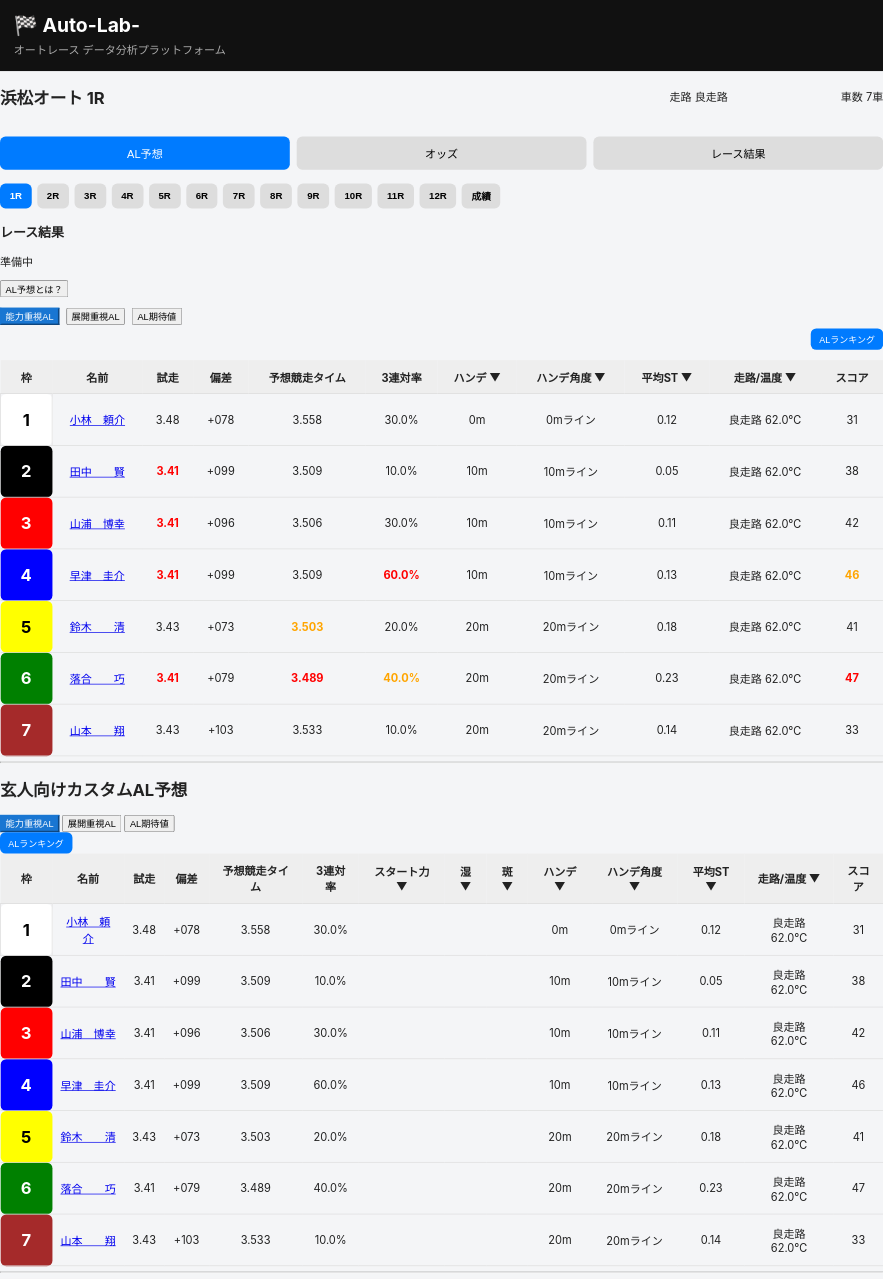
Repository: autorace-lab/Auto-Lab--main
Page: race.html
The author's editor kept a copy of each file at every save. The page is drawn from the files as they stood at one save, then again after the next save.
The browser window is 1280 px wide. The pictures show the whole page, at 69% of full size.

Above is the page before, as saved 2026-08-10 22:00:21.

### race.html
<!DOCTYPE html>
<html lang="ja">

<head>
<meta charset="UTF-8">
<meta name="viewport" content="width=device-width, initial-scale=1.0">

<title>Auto-Lab- | オートレースデータ分析</title>

<link rel="stylesheet" href="style.css">

</head>


<div id="playerModal" class="modal">

<div class="modal-content">

<span class="close" onclick="closePlayer()">×</span>

<h2 id="playerName"></h2>

<p><strong>ランク</strong>　<span id="playerRank"></span></p>

<p><strong>試走平均</strong>　<span id="playerTime"></span></p>

<p><strong>平均ST</strong>　<span id="playerST"></span></p>

<p><strong>試走偏差</strong>　<span id="playerDiff"></span></p>

<p><strong>3連対率</strong>　<span id="playerTripleRate"></span></p>

<p><strong>節間成績</strong></p>

<p id="playerResults"></p>

<p><strong>直近10走</strong></p>

<p id="playerRecent"></p>

<p><strong>車番</strong>　<span id="playerCar"></span>号車</p>

<p><strong>ハンデ</strong>　<span id="playerHandicap"></span></p>

<p><strong>評価</strong>　<span id="playerEvaluation"></span></p>

</div>

</div>


<body>


<header>


<div class="logo">
<a href="index.html">
🏁 Auto-Lab-
</a>
</div>


<div class="subtitle">
オートレース データ分析プラットフォーム
</div>


</header>

<div class="race-info">

<div class="race-header">

<h2 id="raceTitle"></h2>

<p id="raceTitleType"></p>

<p id="raceDay"></p>

<p id="deadline"></p>

<p id="weather"></p>

<p id="track"></p>

<p id="cars"></p>

</div>

<div class="tabs">
  <button class="tab-btn active" onclick="changeTab('al')">AL予想</button>
  <button class="tab-btn" onclick="changeTab('odds')">オッズ</button>
  <button class="tab-btn" onclick="changeTab('result')">レース結果</button>
</div>

<div class="race-tabs">

<button class="race-tab-btn active" onclick="changeRace(1)">1R</button>
<button class="race-tab-btn" onclick="changeRace(2)">2R</button>
<button class="race-tab-btn" onclick="changeRace(3)">3R</button>
<button class="race-tab-btn" onclick="changeRace(4)">4R</button>
<button class="race-tab-btn" onclick="changeRace(5)">5R</button>
<button class="race-tab-btn" onclick="changeRace(6)">6R</button>
<button class="race-tab-btn" onclick="changeRace(7)">7R</button>
<button class="race-tab-btn" onclick="changeRace(8)">8R</button>
<button class="race-tab-btn" onclick="changeRace(9)">9R</button>
<button class="race-tab-btn" onclick="changeRace(10)">10R</button>
<button class="race-tab-btn" onclick="changeRace(11)">11R</button>
<button class="race-tab-btn" onclick="changeRace(12)">12R</button>

<button class="race-tab-btn result-tab-btn" onclick="changeRecent(this)">
成績
</button>

</div>
<div id="race" class="tab-content" style="display:none;">
  <table>
    <thead>
      <tr>
        <th>車</th>
        <th>選手</th>
        <th>ハンデ</th>
        <th>試走</th>
        <th>偏差</th>
        <th>ST</th>
        <th>3連対率</th>
        <th>節間成績</th>
    </thead>
    <tbody id="raceTable"></tbody>
  </table>
</div>
<div id="result" class="tab-content">
  <h3>レース結果</h3>
  <p>準備中</p>
</div>

<div id="recent" class="tab-content" style="display:none;">

<h2>近10走</h2>

<table class="recent-table">

<thead>
<tr>
<th>枠</th>
<th>選手</th>
<th>1走前</th>
<th>2走前</th>
<th>3走前</th>
<th>4走前</th>
<th>5走前</th>
<th>6走前</th>
<th>7走前</th>
<th>8走前</th>
<th>9走前</th>
<th>10走前</th>
</tr>
</thead>

<tbody id="recentTable">

</tbody>

</table>

</div>

<div id="odds" class="tab-content" style="display:none;">
  <h3>オッズ</h3>
  <p>ここにオッズを表示します。</p>
</div>

<div id="al" class="tab-content" style="display:block;">

   <div class="al-tabs">

<button class="al-tab-btn" onclick="toggleAbout(this)">
    AL予想とは？
</button>

</div>



    <!-- AL予想とは -->
    <div id="about" class="al-page" style="display:none;">



<h2>🏁 Auto-Lab予想（AL予想）</h2>

<p>
<strong>
試走タイムを単純評価するのではなく、選手ごとの試走特性を補正した
「予想競走タイム」と、レース条件による「展開ポイント」を組み合わせ、
そのレースにおける選手の期待値を可視化する予想システムです。
</strong>
</p>

<p>
オートレースでは、同じ試走タイムでも選手によって意味が変わります。
試走タイムを出しやすい選手、出にくい選手の特徴を
<strong>試走偏差</strong>によって補正し、
選手本来の状態を評価します。
</p>




<p>
選手自身の能力・現在の状態を重視するAI評価です。
</p>

<p>
<strong>
予想競走タイム 70％ ＋ 展開ポイント 30％
</strong>
</p>

<ul>
<li>試走タイム＋試走偏差による予想競走タイム</li>
<li>平均ST</li>
<li>ハンデ位置補正</li>
<li>走路コンディション</li>
</ul>


<h3>🌊 展開重視AL</h3>

<p>
ハンデ位置や走路条件など、レース展開の有利不利を重視するAI評価です。
</p>

<p>
<strong>
予想競走タイム 30％ ＋ 展開ポイント 70％
</strong>
</p>

<ul>
<li>試走タイム＋試走偏差による予想競走タイム</li>
<li>平均ST</li>
<li>ハンデ位置補正</li>
<li>走路コンディション（良走路・湿走路・走路温度など）</li>
</ul>


<h3>🏆 AL期待値</h3>

<p>
能力重視ALと展開重視ALの両方から、
そのレースで最も期待できる選手を分析します。
</p>

<p>
<strong>
能力 × 展開 ＝ Auto-Lab期待値
</strong>
</p>


</div>

<div class="al-sub-tabs">

<button class="al-tab-btn" onclick="changeALTab('ability', this)">
    能力重視AL
</button>

<button class="al-tab-btn" onclick="changeALTab('development', this)">
    展開重視AL
</button>

<button class="al-tab-btn" onclick="changeALTab('expectationArea', this)">
AL期待値
</button>

</div>


<section class="al-description">

  <div id="ability" class="al-page" style="display:none;">

<div class="al-header">

<div id="handicapAngleArea"></div>

    <button class="rank-btn" id="rankBtn" onclick="toggleAbilityRank()">
    ALランキング
</button>

    </div>

<table>
<thead>
<tr>
<th>枠</th>
<th>名前</th>
<th>試走</th>
<th>偏差</th>
<th>予想競走タイム</th>
<th>3連対率</th>
<th class="handicap-header" onclick="toggleHandicap()">
    ハンデ ▼
</th>
<th class="handicap-angle-header"
onclick="toggleHandicapAngle()">
ハンデ角度 ▼
</th>

<th class="st-header" onclick="toggleST()">
    平均ST ▼
</th>
<th class="temp-header" onclick="toggleTemperature()">
    走路/温度 ▼
</th>
<th>スコア</th>
</tr>
</thead>

<tbody id="abilityTable">
</tbody>

</table>
<div id="handicapAngleArea"></div>
</div>

<div id="development" class="al-page" style="display:none;">
<div class="al-header">


   <button class="rank-btn" id="developmentRankBtn" onclick="toggleDevelopmentRank()">
    ALランキング
</button>

    </div>


<table>
<thead>
<tr>
<th>枠</th>
<th>名前</th>
<th>試走</th>
<th>偏差</th>
<th>予想競走タイム</th>
<th>3連対率</th>
<th class="handicap-header"
    onclick="toggleHandicap()">
    ハンデ ▼
</th>
<th class="handicap-angle-header"
onclick="toggleHandicapAngle()">
ハンデ角度 ▼
</th>

<th class="st-header" onclick="toggleST()">
    平均ST ▼
</th>
<th class="temp-header" onclick="toggleTemperature()">
    走路/温度 ▼
</th>
<th>スコア</th>
</tr>
</thead>

<tbody id="developmentTable">
</tbody>

</table>

</div>

<div id="expectationArea" class="al-page" style="display:none;">

<div class="al-header">

<button class="rank-btn" id="expectationRankBtn" onclick="toggleExpectationRank()">
ALランキング
</button>

</div>
<table>

<thead>
<tr>
<th>枠</th>
<th>名前</th>
<th>能力スコア</th>
<th>展開スコア</th>
<th>AL期待値</th>
</tr>
</thead>

<tbody id="expectationTable">

</tbody>

</table>

</div>

<hr class="custom-divider">

<h2 class="custom-title">
    玄人向けカスタムAL予想
</h2>

<div class="custom-al-sub-tabs">
    <button class="custom-al-tab-btn active"
        onclick="changeCustomALTab('customAbility',this)">
        能力重視AL
    </button>

    <button class="custom-al-tab-btn"
        onclick="changeCustomALTab('customDevelopment',this)">
        展開重視AL
    </button>

    <button class="custom-al-tab-btn"
        onclick="changeCustomALTab('customExpectation',this)">
        AL期待値
    </button>
</div>

<div id="customAbility"
class="custom-al-page"
style="display:block;">


<button class="rank-btn"
id="customAbilityRankBtn"
onclick="toggleCustomAbilityRank()">
    ALランキング
</button>





<table>
<thead>
<tr>
<th>枠</th>
<th>名前</th>
<th>試走</th>
<th>偏差</th>
<th>予想競走タイム</th>
<th>3連対率</th>
<th class="custom-start-header"
    onclick="toggleCustomStart()">
    スタート力 ▼
</th>
<th class="custom-wet-header" onclick="toggleCustomWet()">
    湿 ▼
</th>
<th class="custom-mixed-header" onclick="toggleCustomMixed()">斑 ▼</th>
<th class="custom-handicap-header" onclick="toggleCustomHandicap()">
    ハンデ ▼
</th>

<th class="custom-handicap-angle-header" onclick="toggleCustomHandicapAngle()">
    ハンデ角度 ▼
</th>

<th class="custom-st-header" onclick="toggleCustomST()">
    平均ST ▼
</th>

<th class="custom-temp-header" onclick="toggleCustomTemperature()">
    走路/温度 ▼
</th>

<th>スコア</th>
</thead>

<tbody id="customAbilityTable">
</tbody>

</table>

</div>

<div id="customDevelopment"
class="custom-al-page"
style="display:none;">
  <button class="rank-btn"
id="customDevelopmentRankBtn"
onclick="toggleCustomDevelopmentRank()">
    ALランキング
</button>




<table>
<thead>
<tr>
<th>枠</th>
<th>名前</th>
<th>試走</th>
<th>偏差</th>
<th>予想競走タイム</th>
<th>3連対率</th>
<th class="custom-start-header"
    onclick="toggleCustomStart()">
    スタート力 ▼
</th>
<th class="custom-wet-header" onclick="toggleCustomWet()">
    湿 ▼
</th>
<th class="custom-mixed-header" onclick="toggleCustomMixed()">
    斑 ▼
</th>
<th class="custom-handicap-header"
    onclick="toggleCustomHandicap()">
    ハンデ ▼
</th>

<th class="custom-handicap-angle-header" onclick="toggleCustomHandicapAngle()">
    ハンデ角度 ▼
</th>

<th class="custom-st-header" onclick="toggleCustomST()">
    平均ST ▼
</th>

<th class="custom-temp-header" onclick="toggleCustomTemperature()">
    走路/温度 ▼
</th>

<th>スコア</th>
</tr>
</thead>

<tbody id="customDevelopmentTable">
</tbody>

</table>

</div>

<div id="customExpectation"
class="custom-al-page"
style="display:none;">

<button class="rank-btn"
id="customExpectationRankBtn"
onclick="toggleCustomExpectationRank()">
    ALランキング
</button>


<table>

<thead>
<tr>
<th>枠</th>
<th>名前</th>
<th>能力スコア</th>
<th>展開スコア</th>
<th>AL期待値</th>
</tr>
</thead>

<tbody id="customExpectationTable">

</tbody>

</table>

</div>

<hr class="custom-divider">



    </table>
</div>






<script src="script.js"></script>

</body>

</html>

### style.css
body {
    margin:0;
    font-family:
    -apple-system,
    BlinkMacSystemFont,
    "Helvetica Neue",
    Arial,
    sans-serif;
    background:#f4f5f7;
    color:#222;
}


/* ヘッダー */

header {
    background:#111;
    color:white;
    padding:20px;
}

.logo {
    font-size:28px;
    font-weight:bold;
}

.subtitle {
    color:#aaa;
    margin-top:5px;
}


/* 全体 */

.container {
    max-width:900px;
    margin:auto;
    padding:15px;
}


/* カード */

.card {
    background:white;
    border-radius:14px;
    padding:20px;
    margin-bottom:15px;
    box-shadow:0 3px 10px rgba(0,0,0,0.08);
}


/* レース情報 */

.race-header {
    display:flex;
    justify-content:space-between;
    align-items:center;
}

.badge {
    background:#e60012;
    color:white;
    padding:6px 12px;
    border-radius:20px;
}



/* 表 */

table {
    width:100%;
    border-collapse:collapse;
}


th {
    background:#eee;
}


th,td {
    padding:12px;
    text-align:center;
    border-bottom:1px solid #ddd;
}


/* 車番 */

.car {
    font-size:22px;
    font-weight:bold;
}


/* 評価 */

.rating {
    display:flex;
    gap:10px;
}


.rating div {
    flex:1;
    background:#f5f5f5;
    padding:15px;
    text-align:center;
    border-radius:10px;
}


.star {
    color:#ff9800;
    font-size:22px;
}


/* データ */

.data {
    display:grid;
    grid-template-columns:repeat(3,1fr);
    gap:10px;
}


.data div {
    background:#f5f5f5;
    padding:15px;
    text-align:center;
    border-radius:10px;
}


.number {
    font-size:24px;
    font-weight:bold;
}

  .car {
    width:50px;
    height:50px;
    border-radius:8px;
    color:white;
    font-size:24px;
    font-weight:bold;
}


.car1 {
    background:white;
    color:black;
    border:1px solid #ddd;
}

.car2 {
    background:black;
}

.car3 {
    background:red;
}

.car4 {
    background:blue;
}

.car5 {
    background:yellow;
    color:black;
}

.car6 {
    background:green;
}

.car7 {
    background:brown;
}

.car8 {
    background:purple;
}

/* 試走偏差 */

.plus{
    color:#16a34a;
    font-weight:bold;
    background:#dcfce7;
    padding:4px 8px;
    border-radius:20px;
}

.normal{
    color:#ca8a04;
    font-weight:bold;
    background:#fef9c3;
    padding:4px 8px;
    border-radius:20px;
}

.minus{
    color:#dc2626;
    font-weight:bold;
    background:#fee2e2;
    padding:4px 8px;
    border-radius:20px;
}

/* モーダル */

.modal{

display:none;

position:fixed;

left:0;
top:0;

width:100%;
height:100%;

background:rgba(0,0,0,.6);

}

.modal-content{

background:white;

width:420px;

margin:80px auto;

padding:25px;

border-radius:12px;

position:relative;

}


.close{

position:absolute;

right:15px;

top:10px;

font-size:30px;

cursor:pointer;

}

.tabs {
    display: flex;
    gap: 10px;
    margin: 20px 0;
}

.tab-btn {
    flex: 1;
    padding: 12px;
    border: none;
    background: #ddd;
    cursor: pointer;
    font-size: 16px;
    border-radius: 8px;
    transition: 0.3s;
}

.tab-btn:hover {
    background: #bbb;
}

.tab-btn.active {
    background: #007bff;
    color: white;
}

.tab-content {
    margin-top: 15px;
}

.race-card {
    background: white;
    border-radius: 12px;
    padding: 20px;
    margin: 20px 0;
    box-shadow: 0 4px 12px rgba(0,0,0,0.1);
}

.race-card h3 {
    margin-top: 0;
    font-size: 24px;
}

.race-card button {
    width: 100%;
    padding: 12px;
    border: none;
    border-radius: 8px;
    background: #0066ff;
    color: white;
    font-size: 16px;
    cursor: pointer;
}
.race-card h3 span {
    float: right;
    font-size: 14px;
    font-weight: normal;
}

.race-list {
    display: grid;
    grid-template-columns: 1fr 1fr;
    gap: 15px;
}

.logo a {
    text-decoration: none;
    color: inherit;
}

.best-score {
    color:red !important;
    font-weight:bold;
}

.second-score {
    color:orange !important;
    font-weight:bold;
}

.al-header {
    display: flex;
    justify-content: flex-end;
    align-items: center;
    margin-bottom: 15px;
}

.rank-btn{
    padding:6px 12px;
    border:none;
    border-radius:8px;
    background:#007bff;
    color:white;
    cursor:pointer;
    font-size:13px;
}

.rank-btn:hover{
    opacity:.9;
}

/* AL予想とは？タブ */
.al-tabs {
    margin-bottom: 15px;
}


/* 能力・展開タブ */
.al-sub-tabs {
    display: flex;
    gap: 10px;
    margin: 5px 0;
}


/* ALタブ共通 */
.custom-al-tab-btn:hover {
    background: rgb(227, 242, 253);
}



/* マウスを乗せた時 */
.al-tab-btn:hover {
    background: #e3f2fd;
}


/* 選択中 */
.al-tab-btn.active {
    background: #1976d2;
    color: white;
    border-color: #1976d2;
}

.custom-al-tab-btn.active {
    background: rgb(25, 118, 210);
    color: white;
    border-color: rgb(25, 118, 210);
}

.al-page {
    margin-top: 5px;
}

.buff-plus {
    color: red !important;
}

.buff-minus {
    color: blue !important;
}

.race-tab-btn {
    padding:8px 14px;
    border:none;
    border-radius:8px;
    background:#ddd;
    cursor:pointer;
    font-weight:bold;
}


.race-tab-btn.active {
    background:#007bff;
    color:white;
}

.race-tabs {
    display:flex;
    gap:8px;
    margin:15px 0;
    flex-wrap:wrap;
}


.race-tab-btn {
    padding:8px 14px;
    border:none;
    border-radius:8px;
    background:#ddd;
    cursor:pointer;
    font-size:14px;
    font-weight:bold;
}


.race-tab-btn.active {
    background:#007bff;
    color:white;
}

.custom-score-menu {
    position: absolute;
    background: white;
    border: 1px solid #ccc;
    box-shadow: 0 2px 8px rgba(0,0,0,0.15);
    z-index: 9999;
}

.custom-score-menu div {
    padding: 6px 14px;
    cursor: pointer;
    text-align: center;
}

.custom-score-menu div:hover {
    background: #eee;
}

.custom-select-cell {
    cursor: pointer;
}

Loaded but not shown: script.js (2952 lines, source omitted); hamamatsu1_recent.html (11109 lines, source omitted); hamamatsu1_new.html (3905 lines, source omitted)

After the next save:
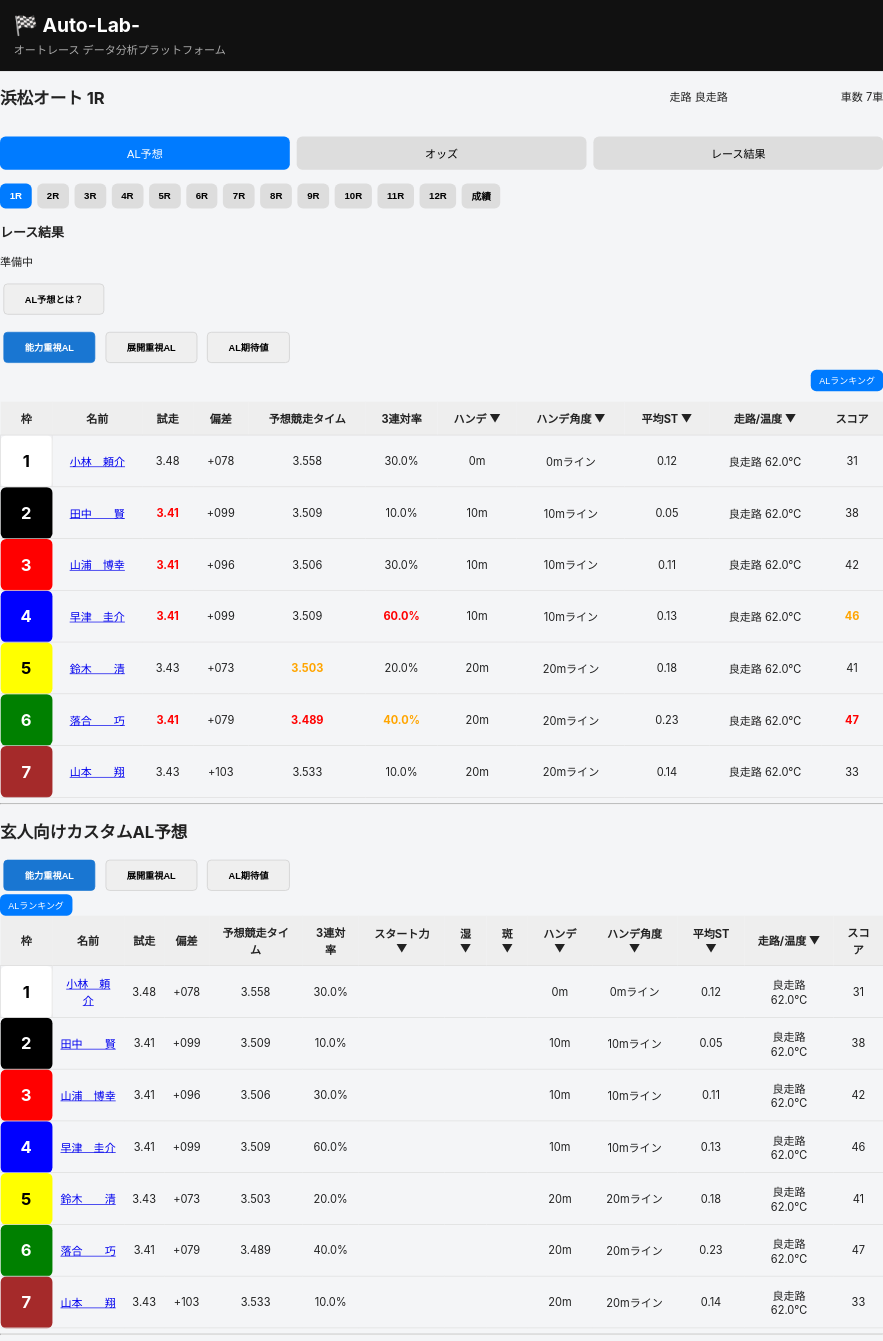
Saved 100 s later.
--- a/style.css
+++ b/style.css
@@ -367,40 +367,36 @@ cursor:pointer;
 }
 
 
-/* 能力・展開タブ */
-.al-sub-tabs {
-    display: flex;
-    gap: 10px;
-    margin: 5px 0;
-}
-
-
 /* ALタブ共通 */
+
+.al-tab-btn,
+.custom-al-tab-btn {
+    padding: 12px 30px;
+    margin: 5px;
+    border: 1px solid #ccc;
+    border-radius: 6px;
+    font-weight: bold;
+    cursor: pointer;
+    transition: 0.2s;
+}
+
+
+/* マウスを乗せた時 */
+
+.al-tab-btn:hover,
 .custom-al-tab-btn:hover {
-    background: rgb(227, 242, 253);
-}
-
-
-
-/* マウスを乗せた時 */
-.al-tab-btn:hover {
     background: #e3f2fd;
 }
 
 
 /* 選択中 */
-.al-tab-btn.active {
+
+.al-tab-btn.active,
+.custom-al-tab-btn.active {
     background: #1976d2;
     color: white;
     border-color: #1976d2;
 }
-
-.custom-al-tab-btn.active {
-    background: rgb(25, 118, 210);
-    color: white;
-    border-color: rgb(25, 118, 210);
-}
-
 .al-page {
     margin-top: 5px;
 }
